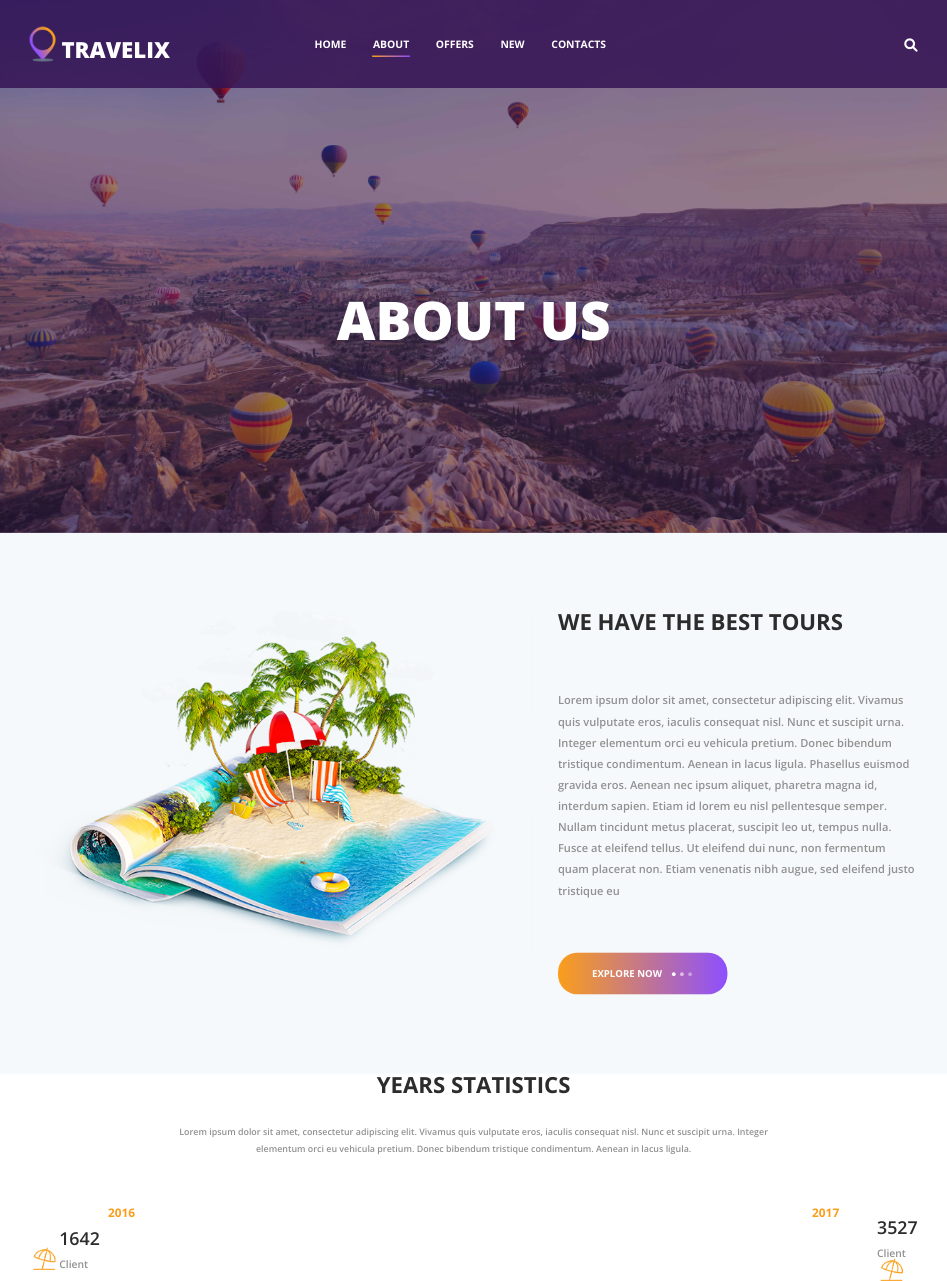
Repository: phamhuuloc/Travelix_Template
Page: about.html
An editor plug-in stored every save of this project. The page is shown before and after the next save, followed by the edit.
The browser window is 1280 px wide. The pictures show the whole page, at 74% of full size.
Backgrounds fixed to the window are drawn as part of the page. Some web fonts or font styles are not loaded; a fallback is used.

Above is the page before, as saved 2021-10-13 09:20:42.

After the next save:
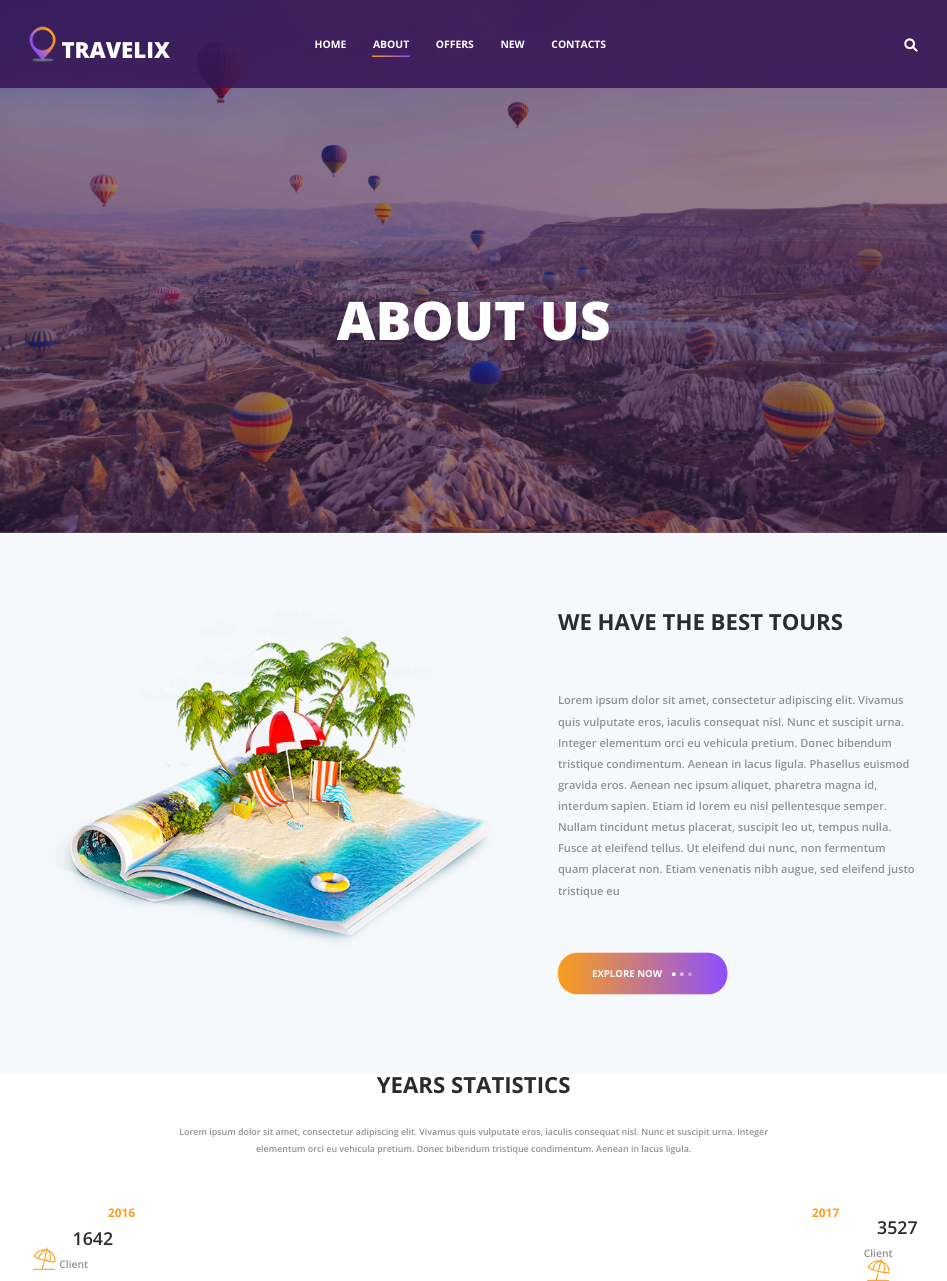
Saved 35 s later.
--- a/assets/css/about.css
+++ b/assets/css/about.css
@@ -84,6 +84,7 @@
   font-weight: 600;
   color: var(--black-color);
   margin-bottom: 1.6rem;
+  margin-left: 1.8rem;
 }
 .stats__type {
   font-size: 1.4rem;
